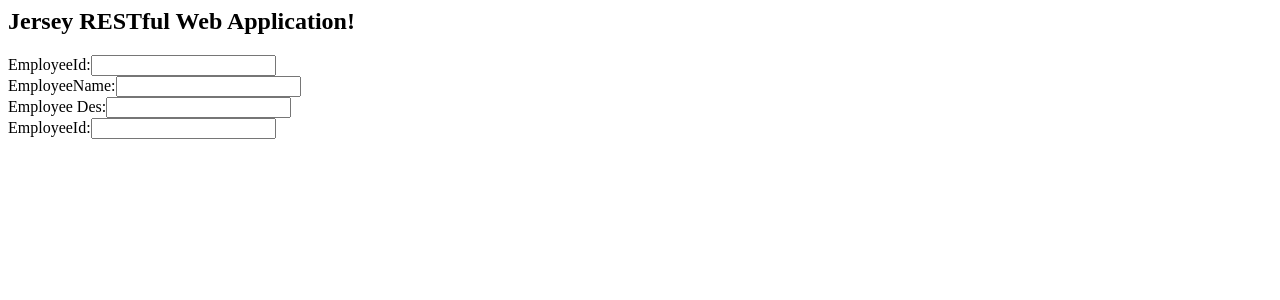
Repository: Vidhya2796/ATPTrainingFoldersJEECloud
Page: http://localhost/emp/
An editor plug-in stored every save of this project. The page is shown before and after the next save, followed by the edit.
The browser window is 1280 px wide. The pictures show the whole page.
The page is served by Tomcat 9.

Above is the page before, as saved 2018-12-20 09:57:53.

After the next save:
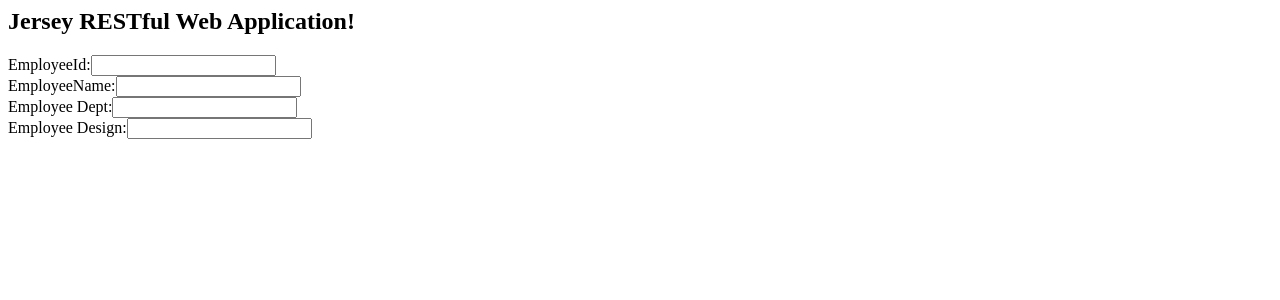
Saved 13 s later.
--- a/SpringREST/emp/src/main/webapp/index.jsp
+++ b/SpringREST/emp/src/main/webapp/index.jsp
@@ -8,8 +8,8 @@
     <form action="employee" method="post">
     	EmployeeId:<input type="text" name="id"></br>
     	EmployeeName:<input type="text" name="name"></br>
-    	Employee Des:<input type="text" name="dept"></br>
-    	EmployeeId:<input type="text" name="design"></br>
+    	Employee Dept:<input type="text" name="dept"></br>
+    	Employee Design:<input type="text" name="design"></br>
 
 
 
